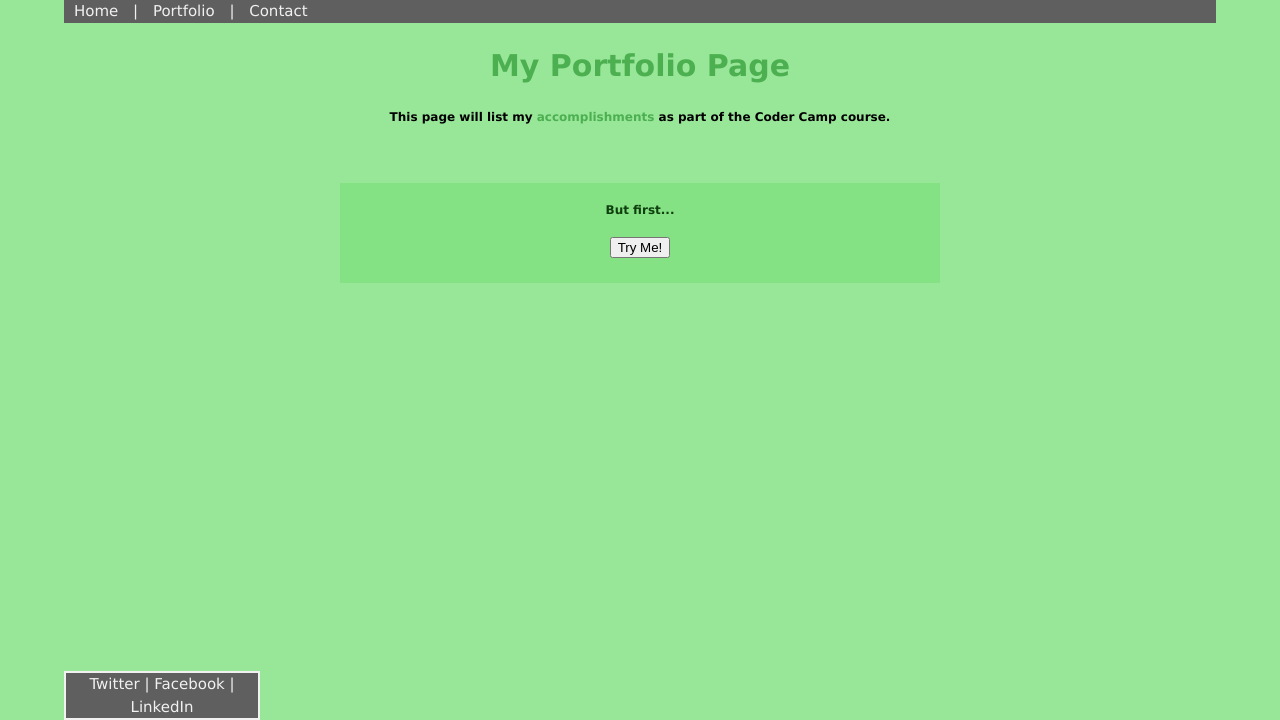
Repository: ischicagoisnotchicago/is-chicago
Page: http://localhost/CC_Personal_Website/portfolio.html
These files come from the project's save history. The page is drawn as it stood at one moment and after the next save; the edit follows.
The browser window is 1280 px wide. The pictures show the whole page.
The page is served by Tomcat 9.

Above is the page before, as saved 2017-05-25 23:05:24.

After the next save:
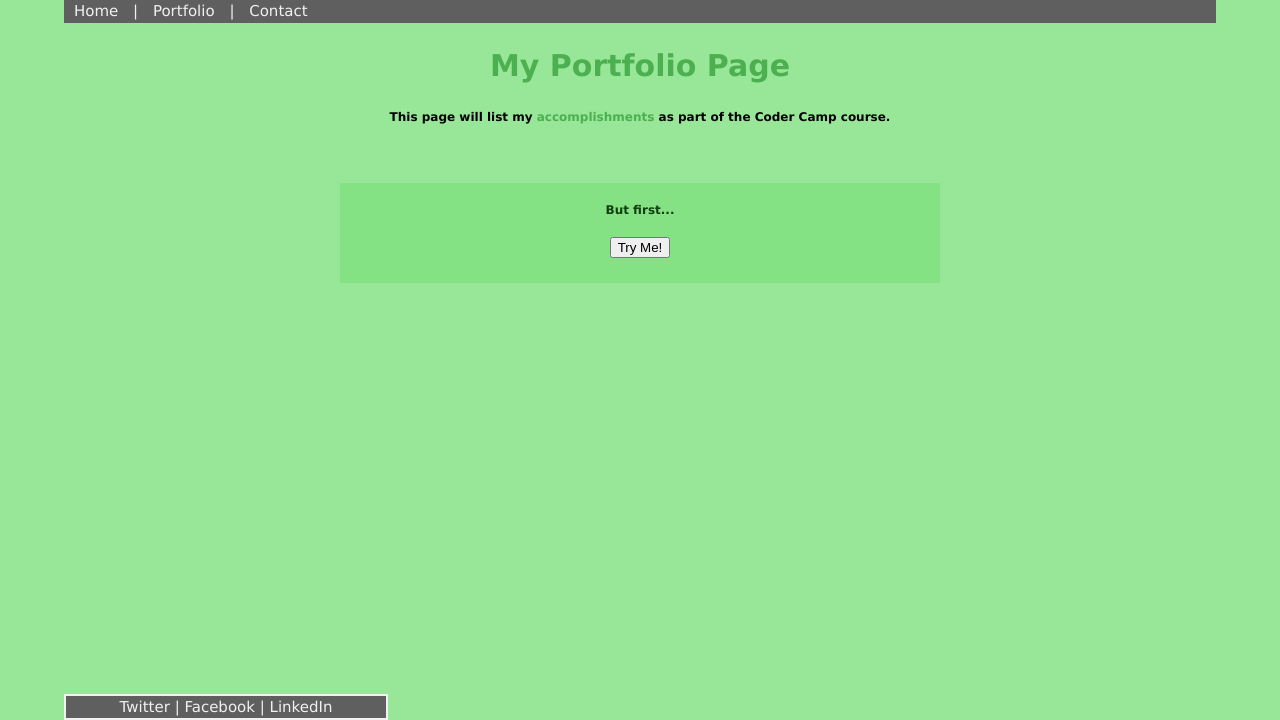
Saved 23 s later.
--- a/CC Personal Website/WebContent/style.css
+++ b/CC Personal Website/WebContent/style.css
@@ -224,7 +224,7 @@ dd {
 footer {
   position: fixed;
   bottom: 0;
-  width: 15%;
+  width: 25%;
   color: #f1f1f1;
   background-color: #5f5f5f;
   border: 2px solid #f1f1f1;
